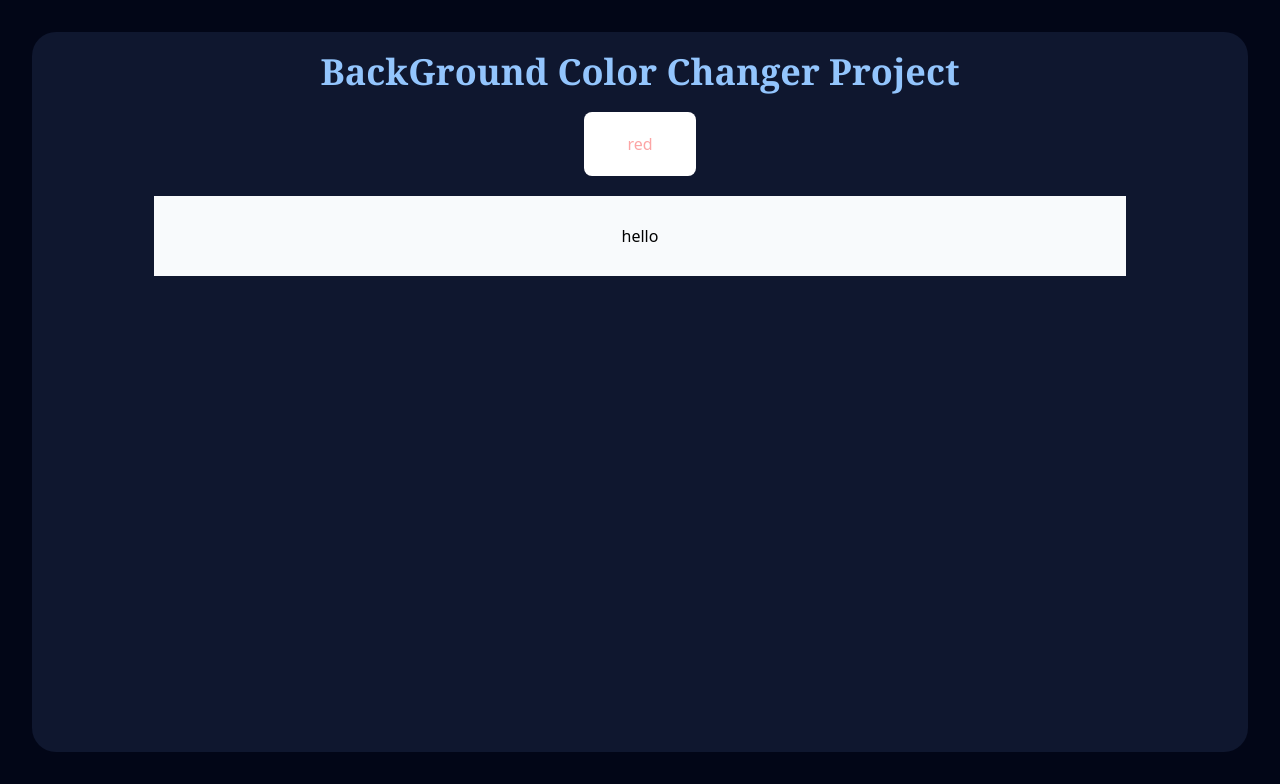
Repository: ChaitanyMishra/react-daily-work
Page: / (app in day-04-react/bg_color_changer/)
The author's editor kept a copy of each file at every save. The page is drawn from the files as they stood at one save, then again after the next save.
The browser window is 1280 px wide. The pictures show the whole page.
The project was rebuilt for these pictures with package versions that can differ from the ones it lists, and the page was loaded fresh each time. Also part of the build but not shown: day-04-react/bg_color_changer/vite.config.js.

Above is the page before, as saved 2025-06-20 17:05:58.

### day-04-react/bg_color_changer/src/index.css
@tailwind base;
@tailwind components;
@tailwind utilities;
body{
  @apply bg-slate-950
}

### day-04-react/bg_color_changer/src/App.jsx
import {useState } from 'react'
import ChangeBgColor from './backGrounColorChanger/bgChange'

import './App.css'

function App() {
  const [colorState , changeColor] = useState('#0f172f')

  return (
    <div className='w-full h-screen rounded-3xl ' style={{backgroundColor: colorState}}>

    <h1 className=' pt-5 text-4xl font-serif font-bold text-blue-300 '>BackGround Color Changer Project</h1>
     <button className="bg-white text-red-300 m-5 p-5 rounded-lg w-[7rem]  ">red</button>
    <ChangeBgColor />
    </div>

  )


}

export default App

### day-04-react/bg_color_changer/src/backGrounColorChanger/bgChange.jsx
export default function ChangeBgColor(){
    return(
        <div className=" h-[5rem] w-[80%] bg-slate-50 flex flex-wrap justify-center items-center m-auto  ">
            hello
        </div>

    )


}

Loaded but not shown: day-04-react/bg_color_changer/index.html (common file); day-04-react/bg_color_changer/src/main.jsx (common file); day-04-react/bg_color_changer/src/App.css (common file); day-04-react/bg_color_changer/tailwind.config.js (common file)

After the next save:
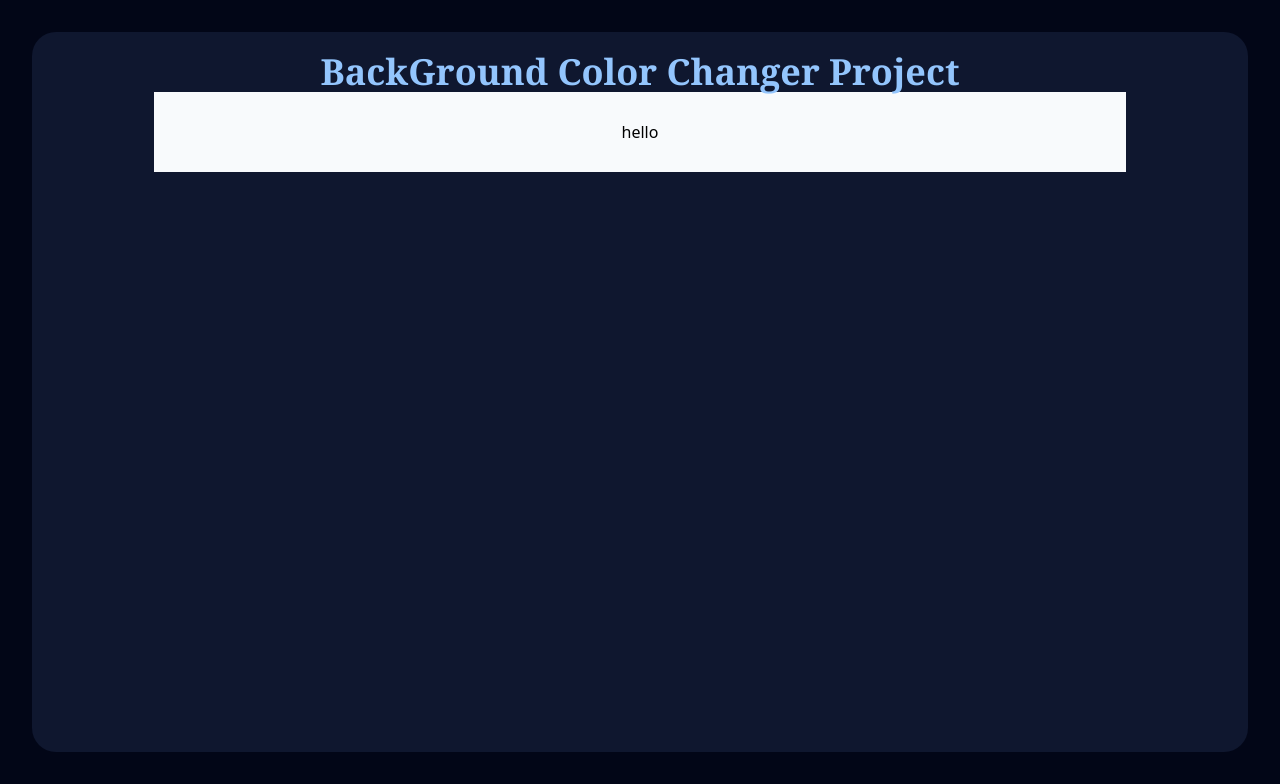
Saved 13 s later.
--- a/day-04-react/bg_color_changer/src/App.jsx
+++ b/day-04-react/bg_color_changer/src/App.jsx
@@ -10,7 +10,7 @@ function App() {
     <div className='w-full h-screen rounded-3xl ' style={{backgroundColor: colorState}}>
 
     <h1 className=' pt-5 text-4xl font-serif font-bold text-blue-300 '>BackGround Color Changer Project</h1>
-     <button className="bg-white text-red-300 m-5 p-5 rounded-lg w-[7rem]  ">red</button>
+
     <ChangeBgColor />
     </div>
 
